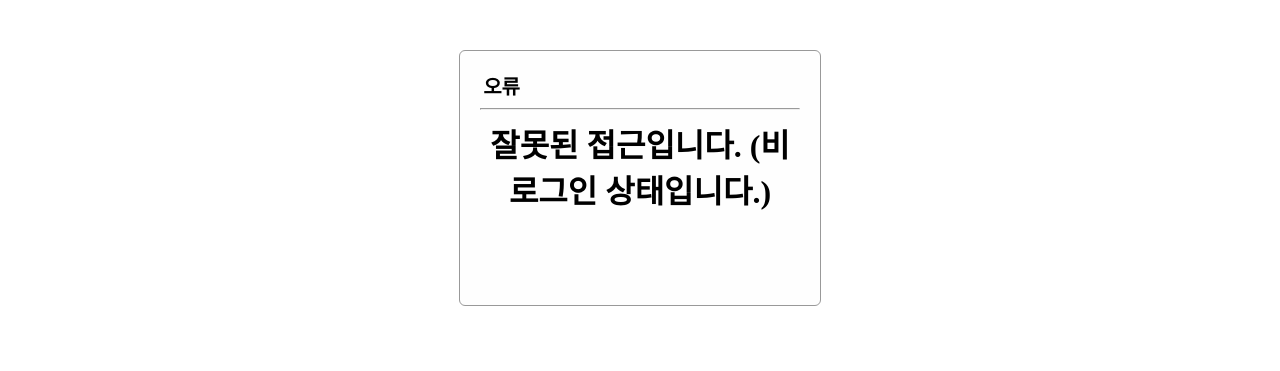
Repository: acredev/Restaurant_Management_System
Page: http://localhost/leekangjo/jsp/mypage/myinfo/myinfo.jsp
These files come from the project's save history. The page is drawn as it stood at one moment and after the next save; the edit follows.
The browser window is 1280 px wide. The pictures show the whole page.
The page is served by Tomcat 9. Other server files are loaded and not shown.

Above is the page before, as saved 2023-05-18 11:08:19.

### leekangjo/WebContent/jsp/mypage/myinfo/myinfo.jsp
<%@page import="java.sql.*" %>
<%@ page language="java" contentType="text/html; charset=UTF-8"
    pageEncoding="UTF-8"%>

<%
	//파라미터를 통해 받아온 아이디 값을 변수에 저장
	String user_id = request.getParameter("id");
	//세션에 MEMBERID 객체를 저장 (user_id 정보를 가져옴)
	session.setAttribute("MEMBERID", user_id);
	//MEMBERID 객체의 값을 memberId 문자열 변수에 저장
	String memberId = (String)session.getAttribute("MEMBERID");
	//만약, memberId 값이 null 이면 false(비로그인 상태)
	//memberId 값이 무언가 있다면 true(로그인 상태)
	boolean login = memberId == null ? false : true;
%>
<!DOCTYPE html>
<html>
	<head>
		<meta charset="utf-8">
	    <title>LEEKANGJO - 마이페이지</title>
	    <link href="../../css/mypage.css" rel="stylesheet">
	    <link href="../../css/buttonST.css" rel="stylesheet">
	    <link rel="icon" href="../../img/favicon1.png" type="image/x-icon" sizes="16x16">
	</head>
	<body>
	<%
	if (login)
	{
		try
		{
			//JDBC 드라이버 연결
    		Class.forName("com.mysql.jdbc.Driver");
    		String db_address = "jdbc:mysql://127.0.0.1:3306/kyungmin_store";
    		String db_username = "root";
    		String db_pwd = "root";
    		Connection connection = DriverManager.getConnection(db_address, db_username, db_pwd);

            // 문자열의 인코딩 방식 설정
            request.setCharacterEncoding("UTF-8");

            String insertQuery = "SELECT id, name, stdnum, email where id=?";

            PreparedStatement psmt = connection.prepareStatement(insertQuery);

            psmt.setString(1, user_id);

            ResultSet result = psmt.executeQuery();

            if (result.next() == true)
            {%>
            	<form name="myinfo" class="myinfo" method="post">
    	    	<div class="outBox">
    		    	<div class="boxtitle">
        	    		<a class="topid">나의 정보</a>
                        <hr>
                    <div class="form-item">
                        <a>이름</a>
                   		<input type="text" id="username" name="user_name" value='<%=result.getString("name") %>' readonly >
                        <a>아이디 </a>
                        <input type="text" id="userid" name="user_id" value='<%=result.getString("id") %>' readonly >
                        <a>학번</a>
                        <input type="number" id="stdid" name="user_stdid" value='<%=result.getString("stdid") %>' readonly >
                        <a>이메일</a>
                        <input type="text" id="useremail" name="user_email" value='<%=result.getString("email") %>' maxlength="30" >
                        <a>전화번호</a>
                        <input type="number" id="usertel" name="user_tel" value='<%=result.getString("number") %>' >
                            <button type="button" id="telnum_change" class="tagbarBT " onclick="alert('민혁선배. 잠깐만 이리 와주세요.')">전화번호 변경 (SMS 인증)</button>
                        <hr>
    	    		</div>
                    <div class="btnbox">
        			<button type="button" id="myinfo_cancle" onclick="location.href='mypage.html'" class="tagbarBT">취소</button>
        			<button type="button" id="myinfo_save" onclick="alert('민혁선배. 잠깐만 이리 와주세요.')" class="tagbarBT">저장</button>
                    </div>
    			</div>
                </div>
    		</form>
    		<%
            }
            else
            {%>
            	<form name="myinfo" class="myinfo" method="post">
    	    	<div class="outBox">
    		    	<div class="boxtitle">
        	    		<a class="topid">오류</a>
                        <hr>
                   		<div class="form-item">
                        	<h1>잘못된 접근입니다.</h1>
    					</div>
                	</div>
                </div>
    		</form>
            <%
            }
		}
		catch (Exception ex)
		{
			out.print(ex);
		}
	}
	else
	{%>
		<form name="myinfo" class="myinfo" method="post">
			<div class="outBox">
				<div class="boxtitle">
					<a class="topid">오류</a>
					<hr>
					<div class="form-item">
						<h1>잘못된 접근입니다. (비로그인 상태입니다.)</h1>
					</div>
				</div>
			</div>
		</form>
	<%
	}
	%>
	</body>
</html>

### leekangjo/WebContent/css/mypage.css
.outBox {margin:50px auto; padding:20px; max-width:320px; border:1px solid #999; border-radius:6px; background-color: #FEFEFE;
}


.IPSBOX{
    margin-top: 10%;
    text-align: center;
}

h1{
    margin-top: -2%;
    text-align: center;
}

#btn_id{
    margin-top: 5%;
    width: 32%;
    margin-bottom: 15%;
}

.testimg{
    width: 100%;
}


img:hover{
	cursor: pointer;
}
h2{
    text-align: left;
    margin-left: 3%;
    font-size: 17px;
}

.topid{
    margin-left: 1%;
    font-size: 20px;
    font-weight: bold;
}
.bye{
    font-size: 13px;
    color: #585858
}
.bye:hover{
    cursor: pointer;
     text-decoration: underline;
}
hr{
    margin-bottom: 5%;
}
input::-webkit-outer-spin-button,
input::-webkit-inner-spin-button {
  -webkit-appearance: none;
  margin: 0;
}
a{
    font-weight: bold;
}
.form-item {
    flex-direction: row-reverse;
    width: 100%;
    align-items: center;
    margin-bottom: 23%;
}
.form-item input {
    width: 92%;
    padding: 12px;
    font-size: 14px;
    color: #111111;
    border: 0;
    border: 1px #cccccc solid;
    margin-bottom: 3%;
}

#usertel:focus{
    border-color:#0982f0;
}
.form-item input:focus {

    outline: none;
}
#email_change{
    width:100%;
    float:right;
    margin-bottom:10%;
}
#telnum_change{
    width: 100%;
    float: right;
    margin-bottom: 15%;
}
#pw_change{
    width:100%;
    float:right;
    margin-bottom:17%;
}
#myinfo_cancle{
    background-color: #DDDDDD;
}
#goto_myinfo{
    width: 100%;
    margin-bottom: 5%
}
.my_pwd{
     width: 92%;
    padding: 12px;
    font-size: 14px;
    color: #111111;
    border: 0;
    border: 1px #cccccc solid;

    margin-bottom: 5%;
}
.my_pwd:focus{
    outline: none;
}
.tagbarBT{
    width: 49%;
}

.btnbox{
    margin-top: -18%;
    margin-bottom: 5%;
}
.form-item input:nth-child(-n+7){
    background-color: #EFEFEF
}

.veri_form-item{
    margin-bottom: %;
}
textarea{
    width: 100%;
    font-size: 15px;
    margin-top: 5%;
    margin-bottom: 5%;
    resize: none;

}
button:disabled{
    background-color: lightgray;
}
button:disabled:hover{
	cursor: not-allowed;
}
#byebtn{
    margin-top: 8%;
    margin-bottom: 5%;
    width: 100%;

}
.IPSBOX{
    margin-top: 7%;
    text-align: center;
}

### leekangjo/WebContent/css/buttonST.css
/* 프로젝트 내부의 버튼 스타일을 결정하는 css 파일입니다. */

.tagbarBT {
  position: relative;
  cursor: pointer;
  font-size: inherit;
  font-family: inherit;
  font-weight: 600;
  color: #382b22;
  padding: 0.5em 1em;
  background: #ffffff;
  border: 2px solid #000;
  border-radius: 0.75em;
  transform-style: preserve-3d;
  transition: transform 150ms cubic-bezier(0, 0, 0.58, 1), background 150ms cubic-bezier(0, 0, 0.58, 1);
}

.tagbarBT::before {
  position: absolute;
  content: "";
  width: 100%;
  height: 100%;
  top: 0;
  left: 0;
  right: 0;
  bottom: 0;
  background: darkgray;
  border-radius: inherit;
  box-shadow: 0 0 0 2px #000, 0 0.625em 0 0 lightgray;
  transform: translate3d(0, 0.75em, -1em);
  transition: transform 150ms cubic-bezier(0, 0, 0.58, 1), box-shadow 150ms cubic-bezier(0, 0, 0.58, 1);
}

.tagbarBT:hover {
  background: lightgray;
  transform: translate(0, 0.25em);
}

.tagbarBT:hover::before {
  box-shadow: 0 0 0 2px , 0 0.5em 0 0 lightgray;
  transform: translate3d(0, 0.5em, -1em);
}

.tagbarBT:active {
  background: lightgray;
  transform: translate(0em, 0.75em);
}

.tagbarBT:active::before {
  box-shadow: 0 0 0 2px , 0 0;
  transform: translate3d(0, 0, -1em);
}

After the next save:
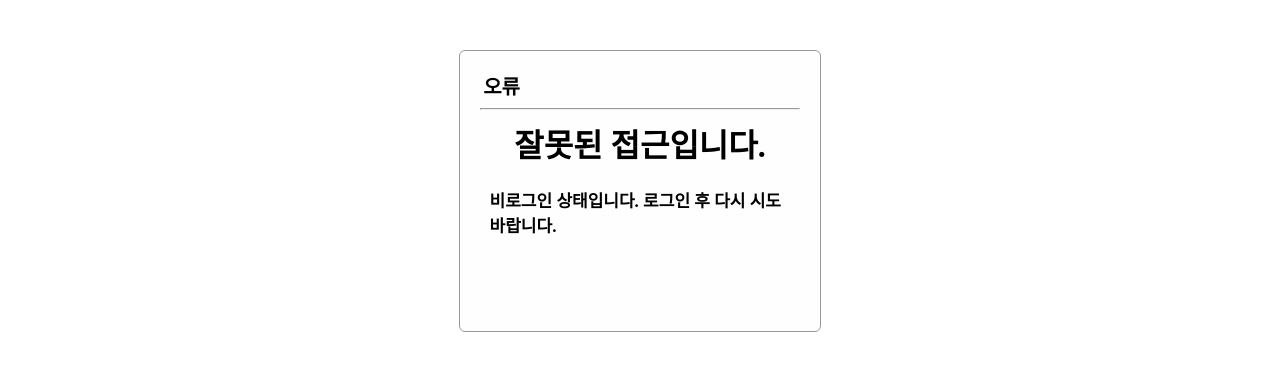
Saved 22 s later.
--- a/leekangjo/WebContent/jsp/mypage/myinfo/myinfo.jsp
+++ b/leekangjo/WebContent/jsp/mypage/myinfo/myinfo.jsp
@@ -105,7 +105,8 @@
 					<a class="topid">오류</a>
 					<hr>
 					<div class="form-item">
-						<h1>잘못된 접근입니다. (비로그인 상태입니다.)</h1>
+						<h1>잘못된 접근입니다.</h1>
+						<h2>비로그인 상태입니다. 로그인 후 다시 시도 바랍니다.</h2>
 					</div>
 				</div>
 			</div>
